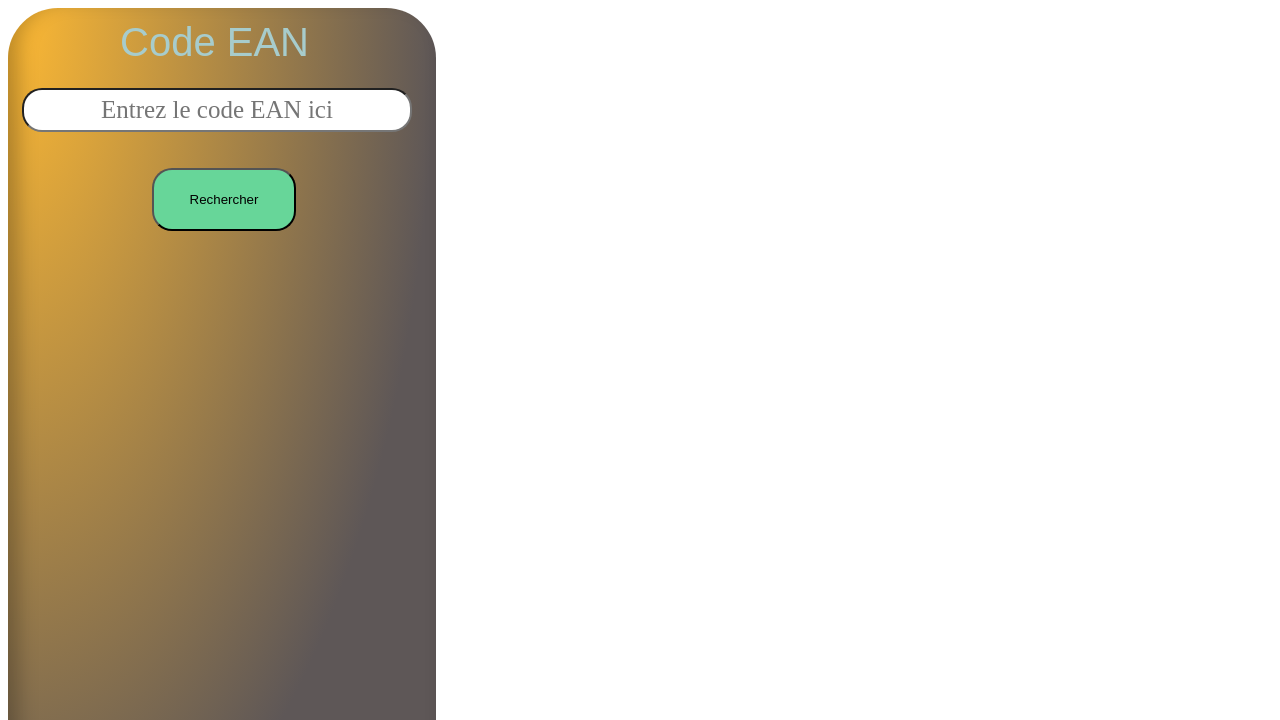
Repository: Zouz01/exo-toucan
Page: index.html
These files come from the project's save history. The page is drawn as it stood at one moment and after the next save; the edit follows.
The browser window is 1280 px wide. The pictures show the whole page.

Above is the page before, as saved 2023-09-21 11:55:34.

After the next save:
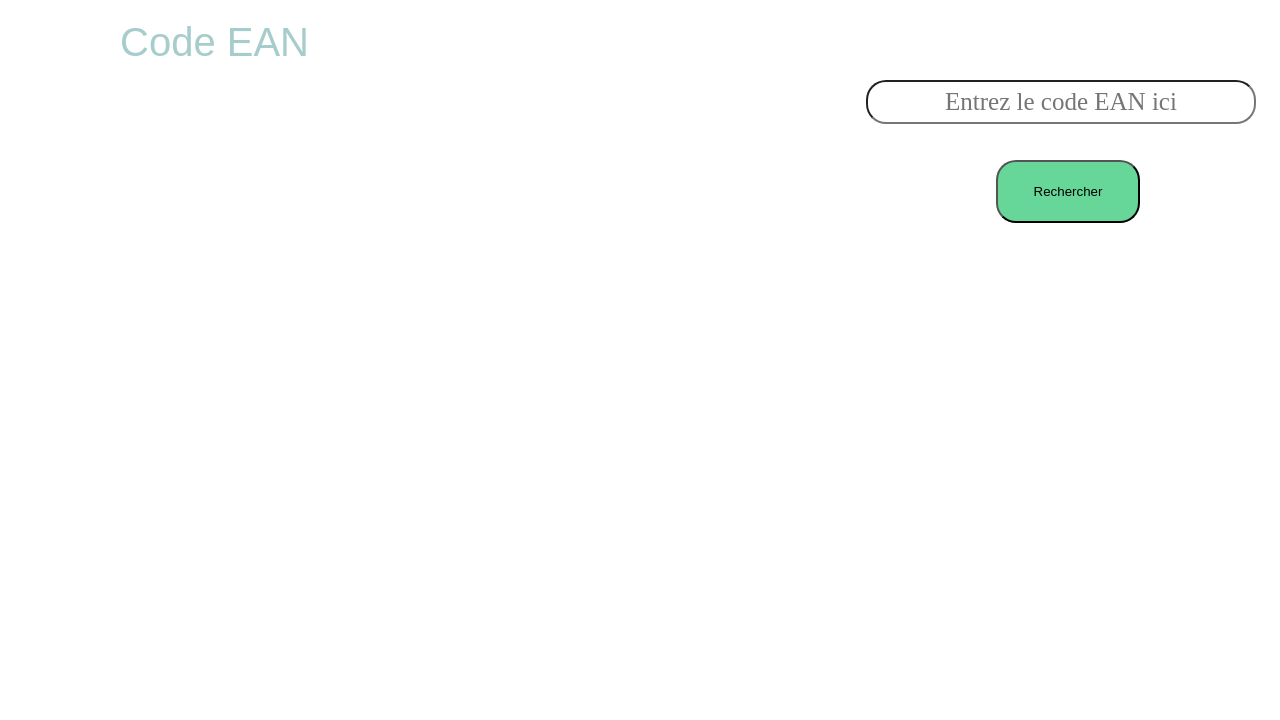
Saved 41 s later.
--- a/main.css
+++ b/main.css
@@ -4,18 +4,23 @@ body {
 }
 
 .container {
-    width: 428px;
-    height: 926px;
-   position: fixed;
-    text-align: center;
+    .container {
+        width: 428px;
+        height: 926px;
+        position: fixed;
+        text-align: center;
+        background: radial-gradient(100% 100% at 0% 0%, #FFBA33 0%, #5e5757 100%);
+        /* background: radial-gradient(100% 100% at 0% 0%, #A6A6A6 0.46%, #000000 78.06%);
+        background: linear-gradient(167.94deg, #7AA77E 0%, #476F72 100%);*/
 
-    background: radial-gradient(100% 100% at 0% 0%, #FFBA33 0%, #5e5757 100%);
-   /* background: radial-gradient(100% 100% at 0% 0%, #A6A6A6 0.46%, #000000 78.06%);
-    background: linear-gradient(167.94deg, #7AA77E 0%, #476F72 100%);*/
-
-    opacity: 1.8;
-    box-shadow: inset 10px -10px 20px rgba(0, 0, 0, 0.25);
-    border-radius: 50px;
+        opacity: 1.8;
+        box-shadow: inset 10px -10px 20px rgba(0, 0, 0, 0.25);
+        border-radius: 50px;
+        display: flex;
+        flex-direction: column; /* Empile les éléments verticalement */
+        justify-content: center; /* Centre verticalement les éléments */
+        align-items: center; /* Centre horizontalement les éléments */
+    };
 }
 
 /* position ecriture label*/

After the 2 saves that followed:
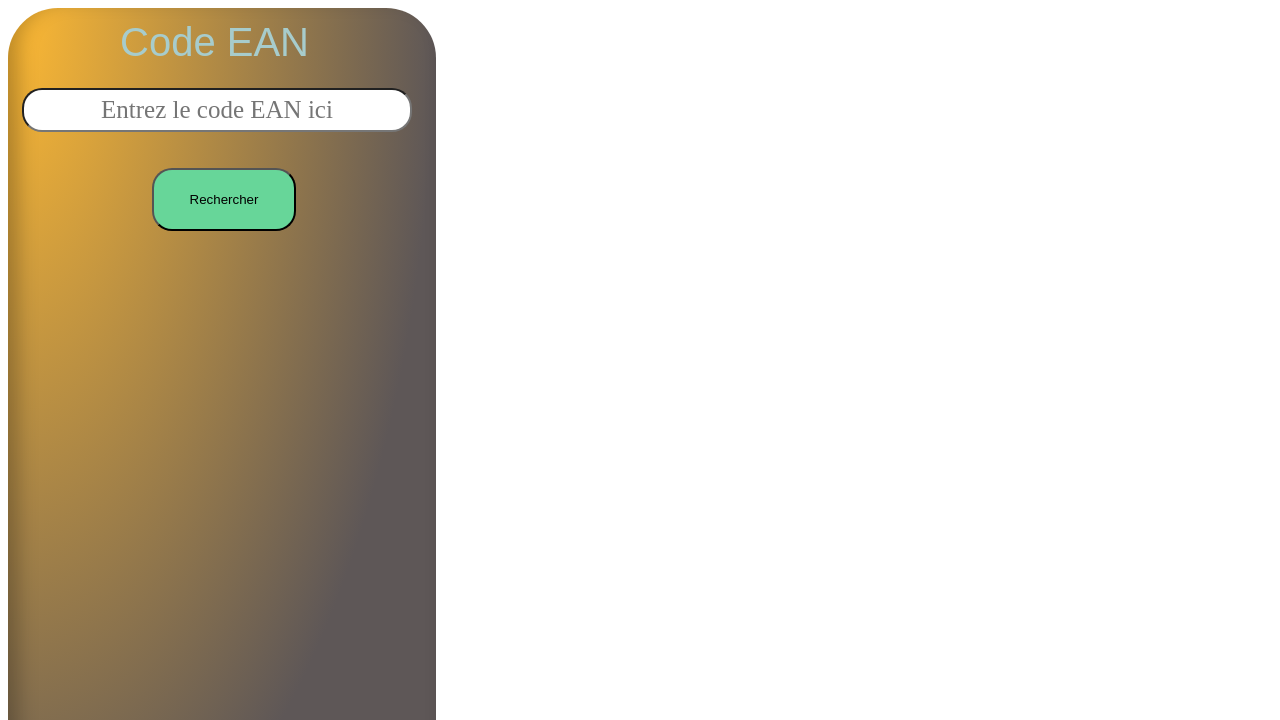
The 2 saves are shown as one change because they came seconds apart.
The last was saved 8 s later.
--- a/main.css
+++ b/main.css
@@ -4,23 +4,18 @@ body {
 }
 
 .container {
-    .container {
-        width: 428px;
-        height: 926px;
-        position: fixed;
-        text-align: center;
-        background: radial-gradient(100% 100% at 0% 0%, #FFBA33 0%, #5e5757 100%);
-        /* background: radial-gradient(100% 100% at 0% 0%, #A6A6A6 0.46%, #000000 78.06%);
-        background: linear-gradient(167.94deg, #7AA77E 0%, #476F72 100%);*/
+    width: 428px;
+    height: 926px;
+   position: fixed;
+    text-align: center;
 
-        opacity: 1.8;
-        box-shadow: inset 10px -10px 20px rgba(0, 0, 0, 0.25);
-        border-radius: 50px;
-        display: flex;
-        flex-direction: column; /* Empile les éléments verticalement */
-        justify-content: center; /* Centre verticalement les éléments */
-        align-items: center; /* Centre horizontalement les éléments */
-    };
+    background: radial-gradient(100% 100% at 0% 0%, #FFBA33 0%, #5e5757 100%);
+   /* background: radial-gradient(100% 100% at 0% 0%, #A6A6A6 0.46%, #000000 78.06%);
+    background: linear-gradient(167.94deg, #7AA77E 0%, #476F72 100%);*/
+
+    opacity: 1.8;
+    box-shadow: inset 10px -10px 20px rgba(0, 0, 0, 0.25);
+    border-radius: 50px;
 }
 
 /* position ecriture label*/
